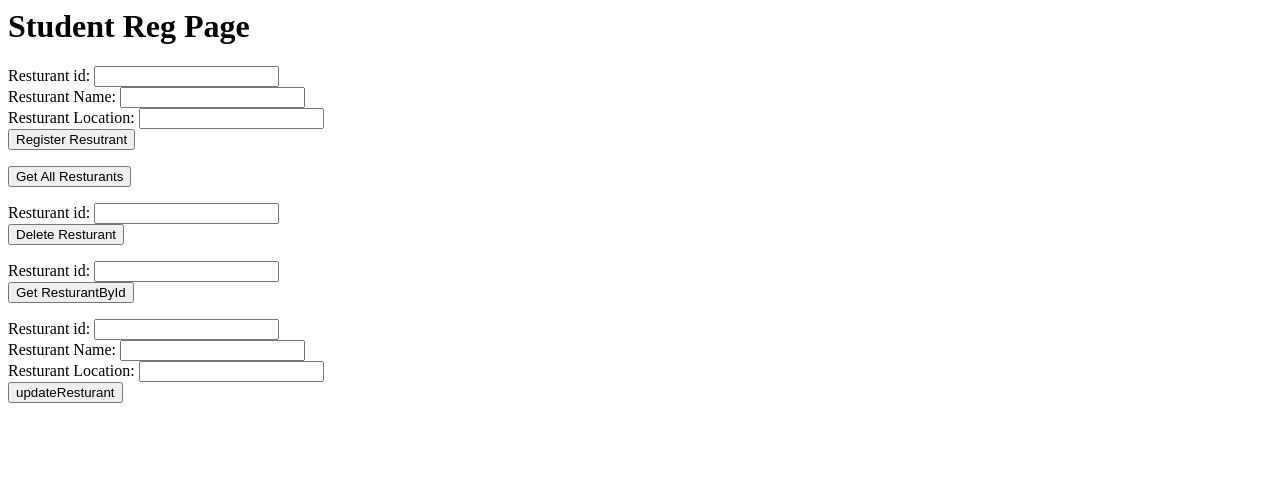
Repository: saikrishnaDsk/DelNex4D
Page: http://localhost/SprHibdelnex4d/WEB-INF/views/resturanthome.jsp
These files come from the project's save history. The page is drawn as it stood at one moment and after the next save; the edit follows.
The browser window is 1280 px wide. The pictures show the whole page.
The page is served by Tomcat 9. Nobody is signed in. Other server files are loaded and not shown. The template is opened directly, without the code that normally fills it, so the values that code supplies are empty.

Above is the page before, as saved 2020-01-13 10:04:29.

### workspace-sts-3.9.9.RELEASE/SprHibdelnex4d/src/main/webapp/WEB-INF/views/resturanthome.jsp
<%@ taglib uri="http://java.sun.com/jsp/jstl/core" prefix="c"%>
<%@ page session="false"%>
<html>
<head>
<title>Home</title>
</head>
<body>

	<h1>Student Reg Page</h1>


	<form action="saveResturant">


		Resturant id:		<input type="text" name="rid"> <br>
		Resturant Name:		<input type="text" name="name"> <br>
		Resturant Location:	<input type="text" name="location"> <br>

						<input type="submit" value="Register Resutrant"><br>
	</form>

	<form action="getAllResturants">

						<input type="submit" value="Get All Resturants">
	</form>
	<form action="deleteResturant">
 		Resturant id:	<input type="text" name="rid"> <br>
						<input type="submit" value="Delete Resturant">
	</form>
	<form action="getResturantById">
	 	Resturant id:	<input type="text" name="rid"> <br>
						<input type="submit" value="Get ResturantById">
	</form>
	<form action="updateResturant">
 						Resturant id:		<input type="text" name="rid"> <br>
						Resturant Name:		<input type="text" name="name"> <br>
						Resturant Location:	<input type="text" name="location"> <br>

						<input type="submit" value="updateResturant"><br>
	</form>

</body>
</html>

After the next save:
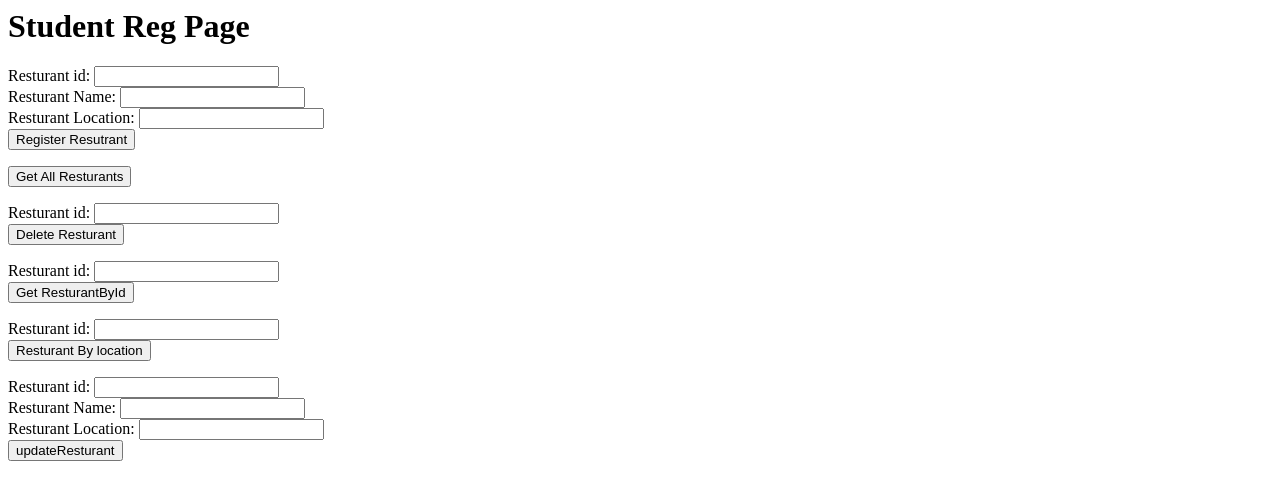
Saved 35 s later.
--- a/workspace-sts-3.9.9.RELEASE/SprHibdelnex4d/src/main/webapp/WEB-INF/views/resturanthome.jsp
+++ b/workspace-sts-3.9.9.RELEASE/SprHibdelnex4d/src/main/webapp/WEB-INF/views/resturanthome.jsp
@@ -31,6 +31,10 @@
 	 	Resturant id:	<input type="text" name="rid"> <br>
 						<input type="submit" value="Get ResturantById">
 	</form>
+	<form action="getResturantByLocation">
+	 	Resturant id:	<input type="dropdown" name="location"> <br>
+						<input type="submit" value="Resturant By location">
+	</form>
 	<form action="updateResturant">
  						Resturant id:		<input type="text" name="rid"> <br>
 						Resturant Name:		<input type="text" name="name"> <br>
